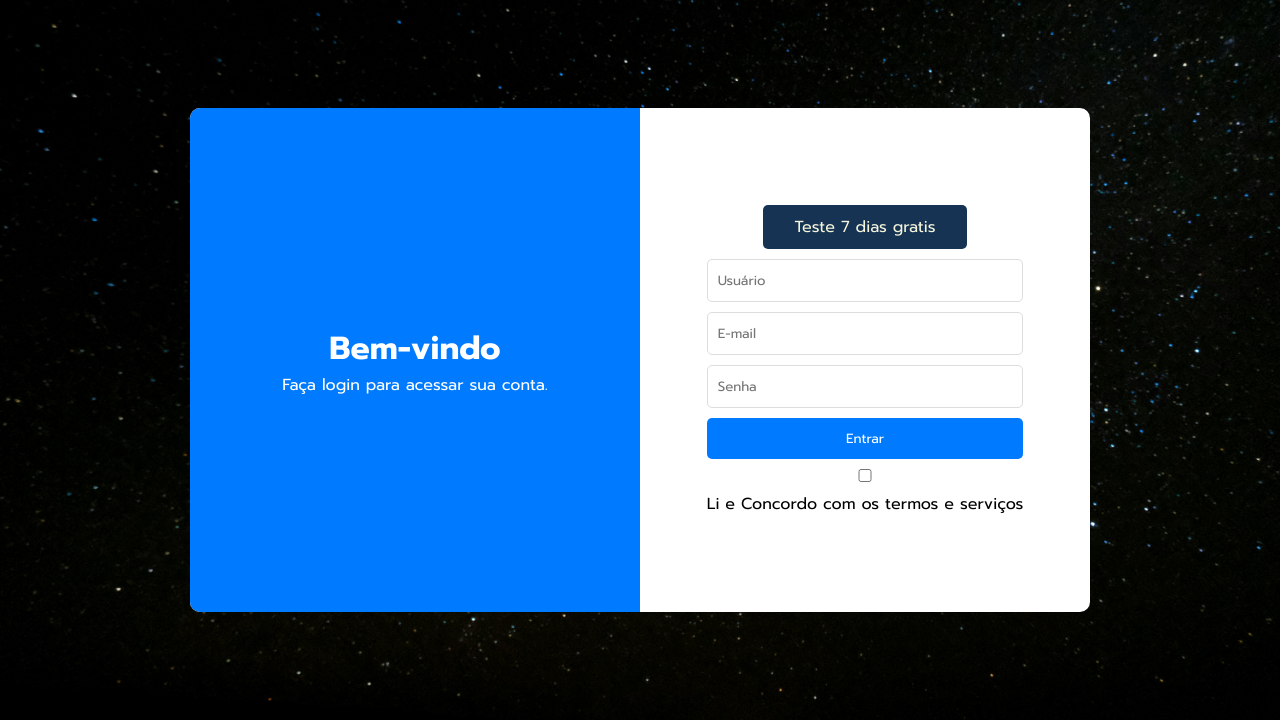
Repository: joao-paulo-paiva/tela-login
Page: index.html
The author's editor kept a copy of each file at every save. The page is drawn from the files as they stood at one save, then again after the next save.
The browser window is 1280 px wide. The pictures show the whole page.

Above is the page before, as saved 2025-04-15 11:59:24.

After the next save:
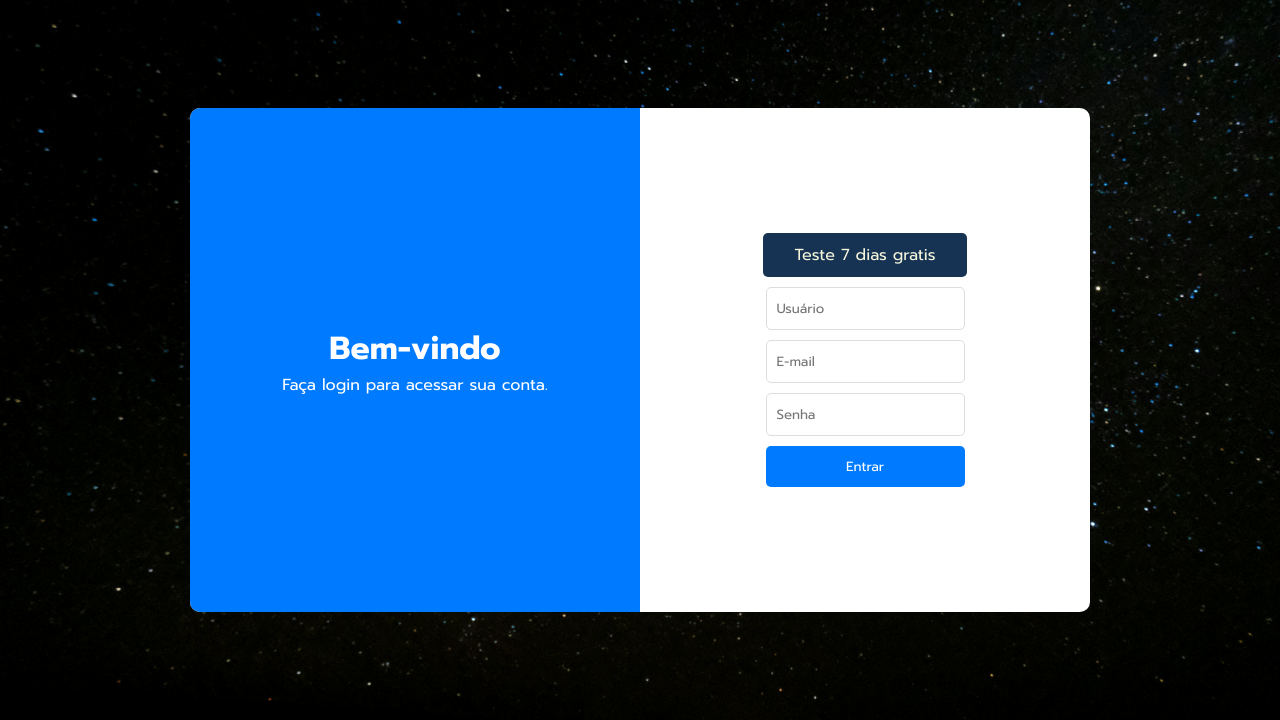
Saved 8 s later.
--- a/index.html
+++ b/index.html
@@ -22,12 +22,7 @@
                 <input type="email" placeholder="E-mail" required>
                 <input type="password" placeholder="Senha" required>
                 <button type="submit">Entrar</button>
-                <div class="termos">
-                    <input type="checkbox">
-                    <p>
-                        Li e Concordo com os termos e serviços
-                    </p>
-                </div>
+
             </form>
         </div>
     </div>
